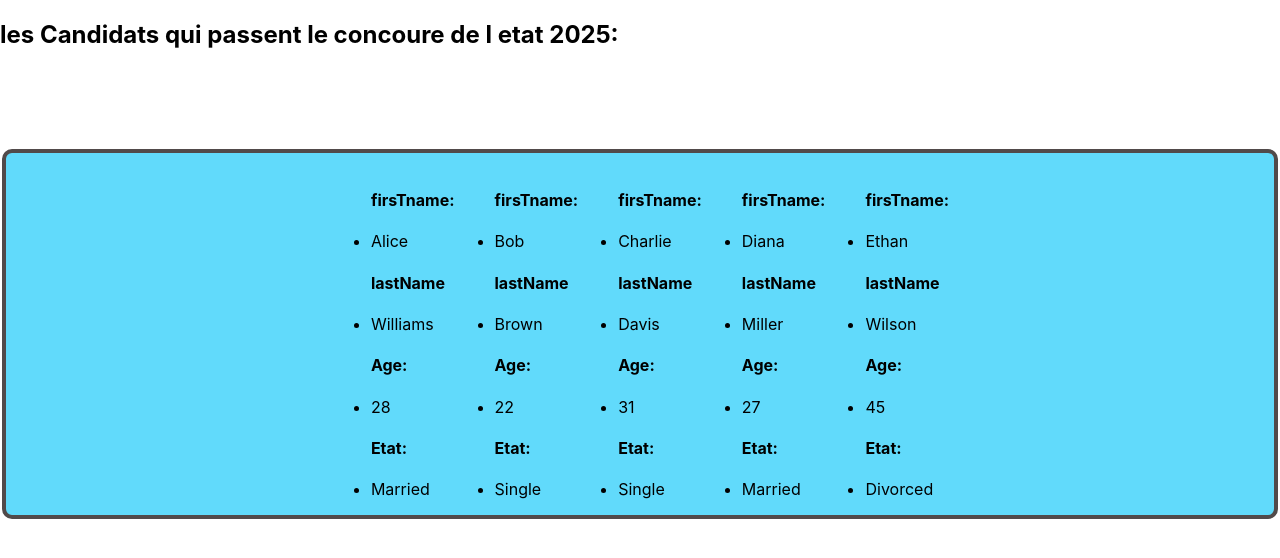
Repository: gounaine/Add_candidat
Page: /
The author's editor kept a copy of each file at every save. The page is drawn from the files as they stood at one save, then again after a run of saves.
The browser window is 1280 px wide. The pictures show the whole page.
The project was rebuilt for these pictures with package versions that can differ from the ones it lists, and the page was loaded fresh each time.

Above is the page before, as saved 2024-05-26 20:40:11.

After the next 2 saves:
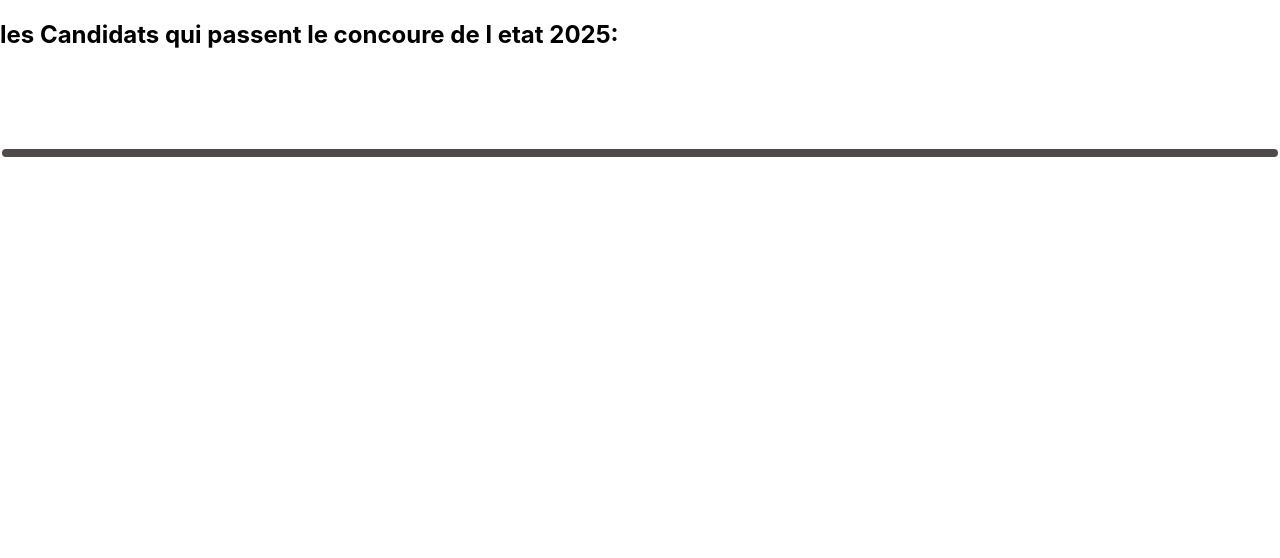
The 2 saves are shown as one change because 1 did not build or start.
The last was saved 23 h 14 min later.
--- a/src/index.js
+++ b/src/index.js
@@ -4,7 +4,7 @@ import './index.css';
 import App from './App';
 import Person from './person';
 import reportWebVitals from './reportWebVitals';
-import data from './data';
+import data from './data/data';
 
 
 const root = ReactDOM.createRoot(document.getElementById('root'));
--- a/src/person.js
+++ b/src/person.js
@@ -1,11 +1,10 @@
 import React from 'react';
 
 export default function Person({ data }) {
-  return (<>
-    <h2>les Candidats qui passent le concoure de l etat 2025:</h2>
-    <div className="Card">
-      {
-      data.map((element, index) => (
+
+  function Affiche(){
+
+    return data.map((element, index) => (
 
         <ul key={index}>
          <h4>firsTname:</h4> <li>{element.firstName}</li>
@@ -14,7 +13,14 @@
           <h4>Etat:</h4><li>{element.Etat}</li>
 
         </ul>
-      ))}
+      ))
+
+      }
+
+  return (<>
+    <h2>les Candidats qui passent le concoure de l etat 2025:</h2>
+    <div className="Card">
+      {Affiche}
 
     </div></>
   );

After the 5 saves that followed:
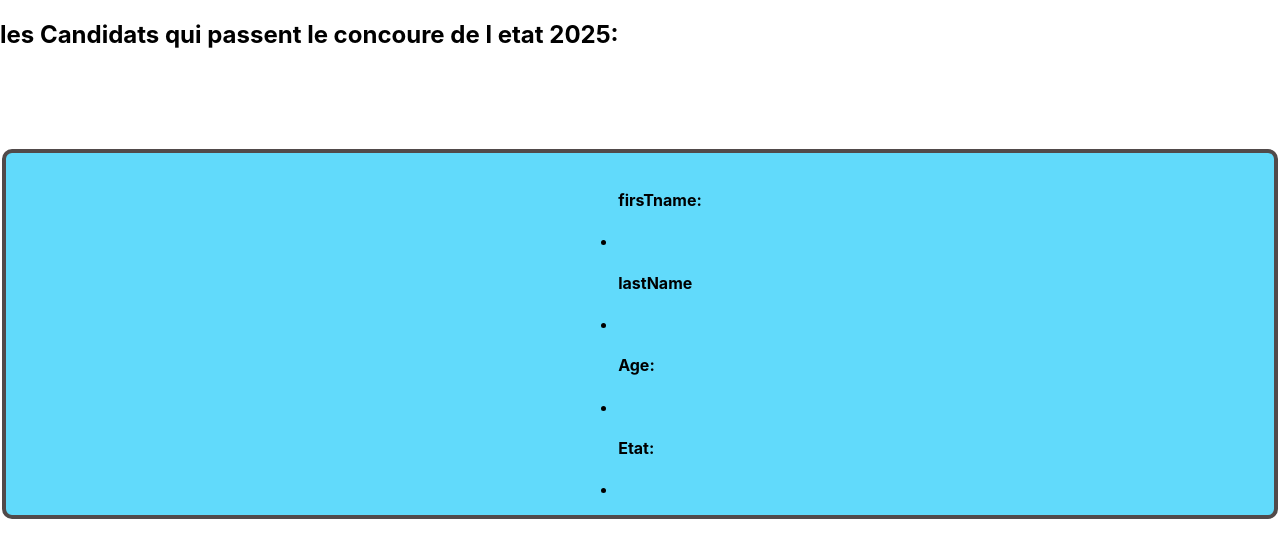
The 5 saves are shown as one change because 2 did not build or start and 2 left the picture as it was.
The last was saved 6 min 26 s later.
--- a/src/person.js
+++ b/src/person.js
@@ -1,10 +1,18 @@
-import React from 'react';
+import React, { useState } from 'react';
 
 export default function Person({ data }) {
+  const [candida , setcandida]=useState([data]);
 
-  function Affiche(){
 
-    return data.map((element, index) => (
+
+
+
+
+
+  return (<>
+    <h2>les Candidats qui passent le concoure de l etat 2025:</h2>
+    <div className="Card">
+     { candida.map((element, index) => (
 
         <ul key={index}>
          <h4>firsTname:</h4> <li>{element.firstName}</li>
@@ -13,14 +21,7 @@
           <h4>Etat:</h4><li>{element.Etat}</li>
 
         </ul>
-      ))
-
-      }
-
-  return (<>
-    <h2>les Candidats qui passent le concoure de l etat 2025:</h2>
-    <div className="Card">
-      {Affiche}
+      ))}
 
     </div></>
   );
